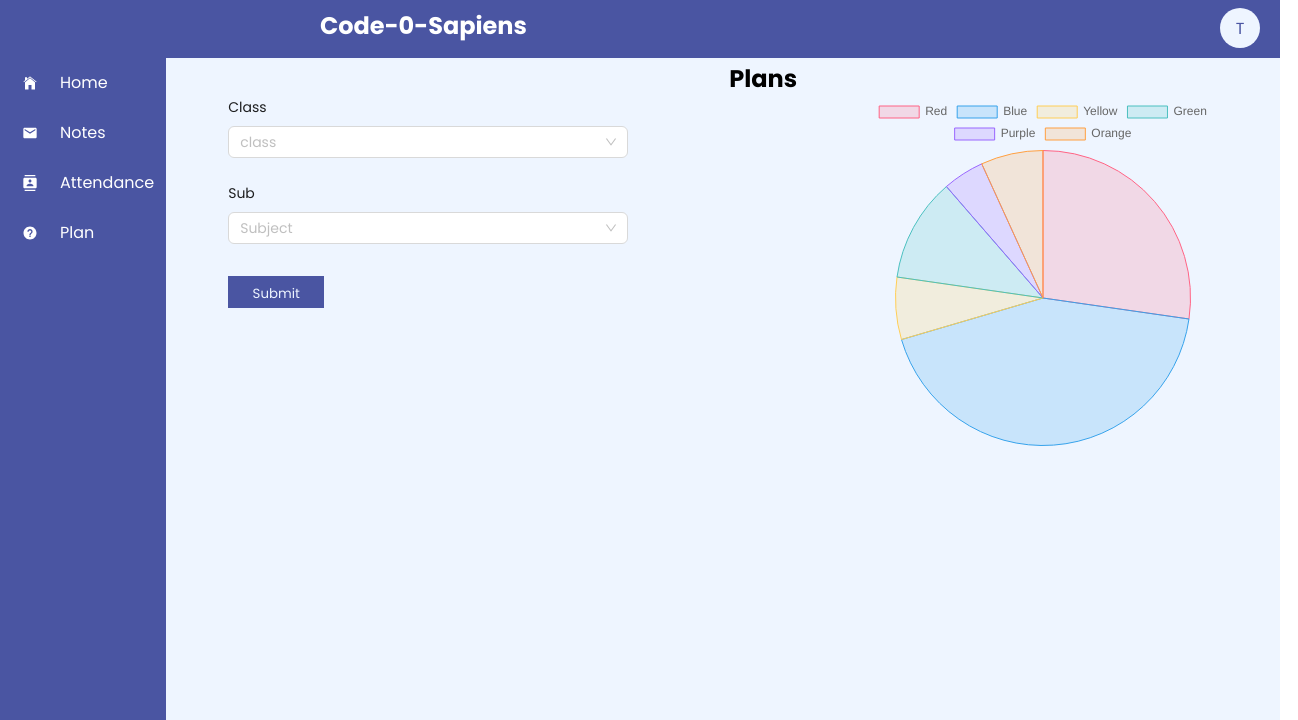
Repository: sinchana-P/code-0-sapiens
Page: /plans (app in client/)
An editor plug-in stored every save of this project. The page is shown before and after the next save, followed by the edit.
The browser window is 1280 px wide. The page is 1298 px wide, so the pictures cover 1298 px, including what lies to the right of the window. The pictures show the whole page.
The project was rebuilt for these pictures with package versions that can differ from the ones it lists, and the page was loaded fresh each time. Also part of the build but not shown: client/src/components/auth/login/FormLayoutLogin.jsx, client/src/components/auth/login/Login.jsx, client/src/components/auth/register/FormLayoutRegister.jsx, client/src/components/auth/register/Register.jsx, client/src/components/homeScene/Home.jsx, client/src/components/notes/Notes.jsx, client/src/components/attendance/Attendance.jsx, client/src/components/profile/Profile.jsx and 5 more.

Above is the page before, as saved 2024-03-01 07:42:29.

After the next save:
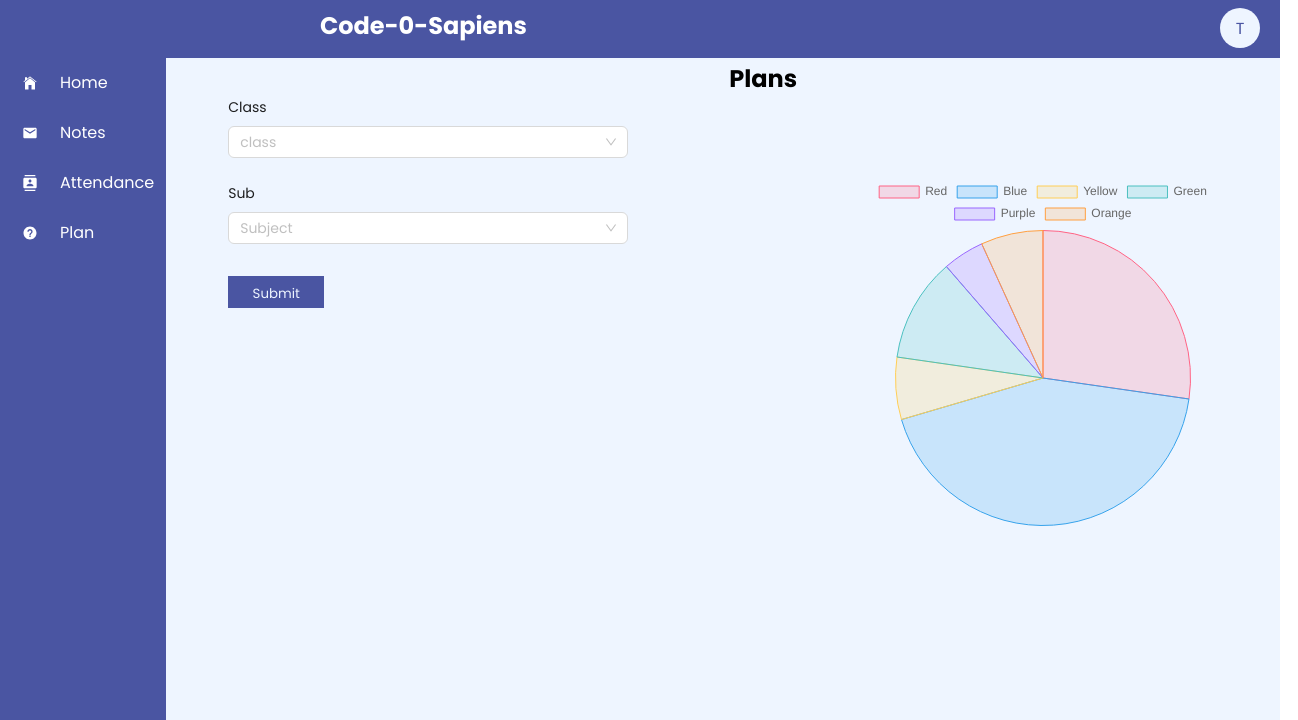
Saved 5 s later.
--- a/client/src/components/plans/Plans.css
+++ b/client/src/components/plans/Plans.css
@@ -33,6 +33,6 @@
     display: flex;
     flex-direction: column;
     width: 40rem;
-    margin-top: ;
+    margin-top: 5rem;
     /* background-color: rgb(13, 0, 128); */
 }
